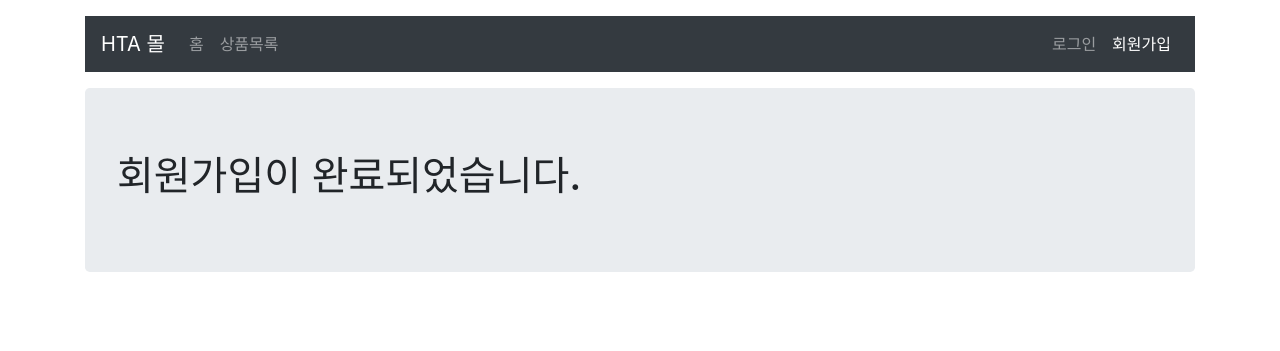
Repository: onuo77/ja_HTA
Page: http://localhost/sample-mybatis/user/registerSuccess.jsp
The author's editor kept a copy of each file at every save. The page is drawn from the files as they stood at one save, then again after the next save.
The browser window is 1280 px wide. The pictures show the whole page.
The page is served by Tomcat 9.

Above is the page before, as saved 2021-05-27 07:30:44.

After the next save:
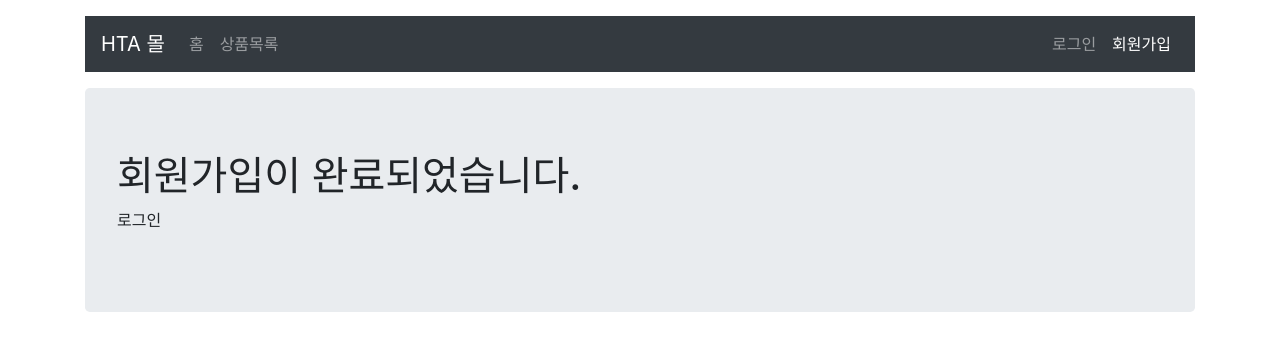
Saved 50 s later.
--- a/java-web/sample-mybatis/src/main/webapp/user/registerSuccess.jsp
+++ b/java-web/sample-mybatis/src/main/webapp/user/registerSuccess.jsp
@@ -21,6 +21,7 @@
 	<main>
 		<div class="jumbotron">
 			<h1>회원가입이 완료되었습니다.</h1>
+			<p>로그인</p>
 		</div>
 	</main>
 </div>
